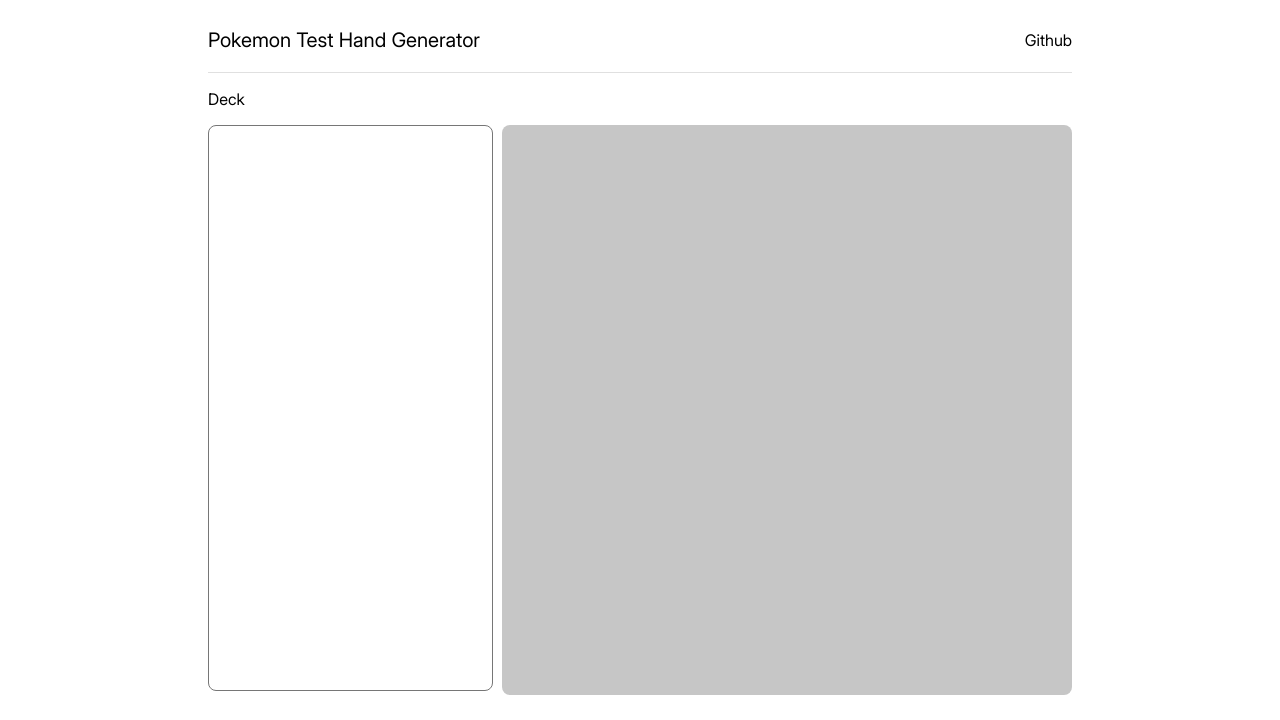
Repository: danielj1415/test-hand-simulator
Page: /
An editor plug-in stored every save of this project. The page is shown before and after the next save, followed by the edit.
The browser window is 1280 px wide. The pictures show the whole page.
The project was rebuilt for these pictures with package versions that can differ from the ones it lists, and the page was loaded fresh each time. Also part of the build but not shown: vite.config.ts, src/index.css.

Above is the page before, as saved 2024-10-31 10:32:17.

### src/App.tsx
import { useState } from 'react'
import './App.css'
import { Outlet, Link } from "react-router-dom";

function App() {

  const [deckList, setDeckList] = useState({
    deck: ''
  })

  // Handle input changes
  const handleChange = (e: { target: { name: any; value: any; }; }) => {
    const { name, value } = e.target;
    setDeckList((prevData) => ({
      ...prevData,
      [name]: value
    }));
  };

  // Handle form submission
  const handleSubmit = (e: { preventDefault: () => void; }) => {
    e.preventDefault(); // Prevents the default form submission behavior
    // Process the form data here (e.g., send to an API)
  };

  return (
    <div>
      <div className = "mainContainer">
        <div className = "navigationBar">
          <p className = "headerTextBold">Pokemon Test Hand Generator</p>
          <p className = "headerText">Github</p>
        </div>
        <div className = "divider"/>
        <p className = "mainText">Deck</p>
        <div className = "mainBody">
          <div className = "inputDeck">
            <form onSubmit = {handleSubmit}>
              <div>
                <label htmlFor="deck"></label>
                <textarea className = "deckInputDiv" id="deck" name="deck" value={deckList.deck} onChange={handleChange}/>
              </div>
            </form>
          </div>
          <div className = "testHands">
          </div>
        </div>
      </div>
    </div>
  )
}

export default App

### src/App.css

@import "./fonts.css";

.mainContainer{
  margin-left: 200px;
  margin-right: 200px;
}

.navigationBar{
  display: flex;
  align-items:center;
  justify-content: space-between;
}

.headerText{
  font-size: 16px;
  font-family: "Inter";
}

.mainText{
  font-size: 16px;
  font-family: "Inter";
}

.headerTextBold{
  font-size: 20px;
  font-family: "Inter";
}

.divider{
  width: 100%;
  height: 1px;
  background-color: rgb(224, 224, 224);
}

.mainBody{
  display: flex;
  justify-content: space-between;
}

.inputDeck{
  width: 33%;
  border-radius: 8px;
}

.testHands{
  width: 66%;
  background-color: rgb(198, 198, 198);
  border-radius: 8px;
}

.deckInputDiv{
  width: 98%;
  height: 560px;
  resize: none;
  border-radius: 8px;
  font-family: "Inter";
}

@media ((max-height: 920px) and (min-height: 800px)) {
  .deckInputDiv{
    width: 98%;
    height: 660px;
    resize: none;
    border-radius: 8px;
    font-family: "Inter";
  }
}

### src/fonts.css
@font-face {
    font-family: "Inter";
    src: url("/src/assets/fonts/Inter_28pt-Regular.ttf");
  }

Loaded but not shown: index.html (common file); src/main.tsx (common file)

After the next save:
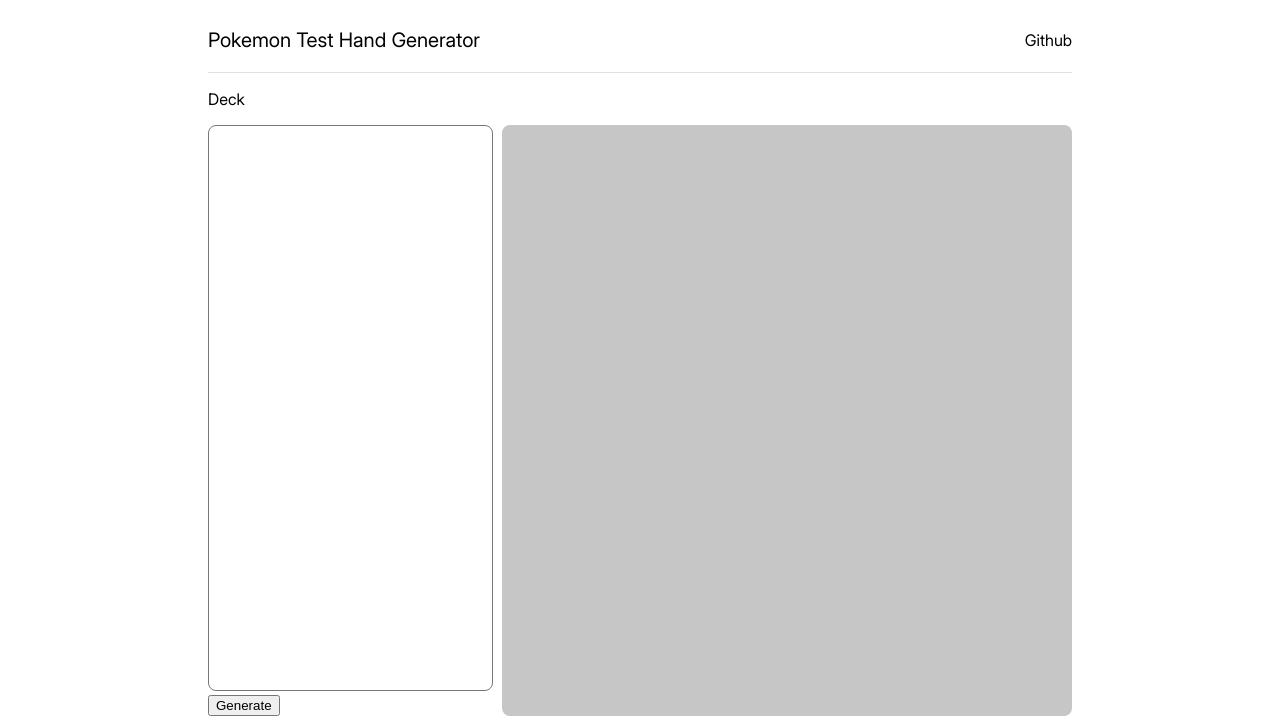
Saved 2 min 35 s later.
--- a/src/App.tsx
+++ b/src/App.tsx
@@ -40,6 +40,7 @@ function App() {
                 <textarea className = "deckInputDiv" id="deck" name="deck" value={deckList.deck} onChange={handleChange}/>
               </div>
             </form>
+            <button type="submit">Generate</button>
           </div>
           <div className = "testHands">
           </div>
